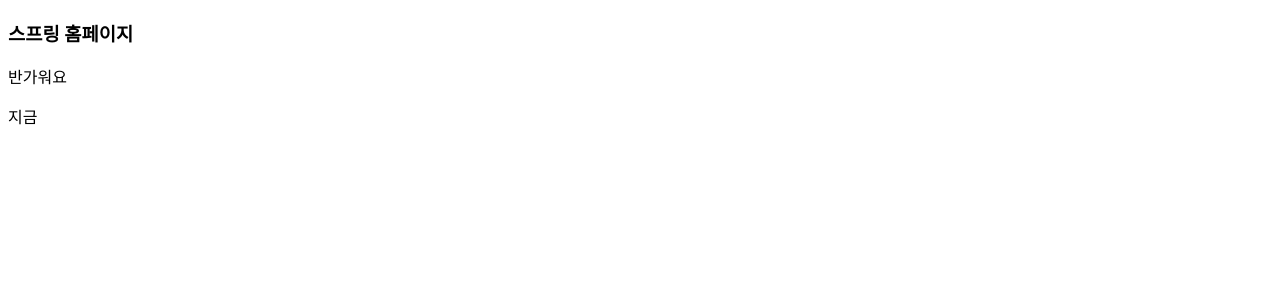
Repository: JiYoon0712/HTML_CSS_javascript
Page: http://localhost/study/
These files come from the project's save history. The page is drawn as it stood at one moment and after a run of saves; the edit follows.
The browser window is 1280 px wide. The pictures show the whole page.
The page is served by Tomcat 9.

Above is the page before, as saved 2023-04-03 01:02:01.

### work/study/src/main/webapp/index.jsp
<%@page import="java.util.Calendar"%>
<%@ page language="java" contentType="text/html; charset=UTF-8"
    pageEncoding="UTF-8"%>
<%
	Calendar cal = Calendar.getInstance();
	String s = String.format("%tF %tA %tT",cal,cal,cal);
%>



<!DOCTYPE html>
<html>
<head>
<meta charset="UTF-8">
<title>Insert title here</title>
</head>
<body>

<h3>스프링 홈페이지</h3>

<p>반가워요</p>
<p>지금 </p>

</body>
</html>

After the next 2 saves:
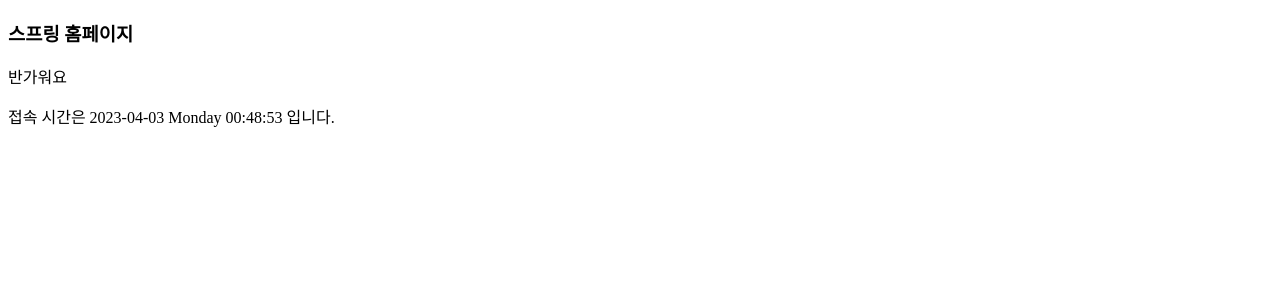
The 2 saves are shown as one change because they came seconds apart.
The last was saved 28 s later.
--- a/work/study/src/main/webapp/index.jsp
+++ b/work/study/src/main/webapp/index.jsp
@@ -18,8 +18,8 @@
 
 <h3>스프링 홈페이지</h3>
 
-<p>반가워요</p>
-<p>지금 </p>
+	<p>반가워요</p>
+	<p>접속 시간은 <%=s %> 입니다. </p>
 
 </body>
 </html>
